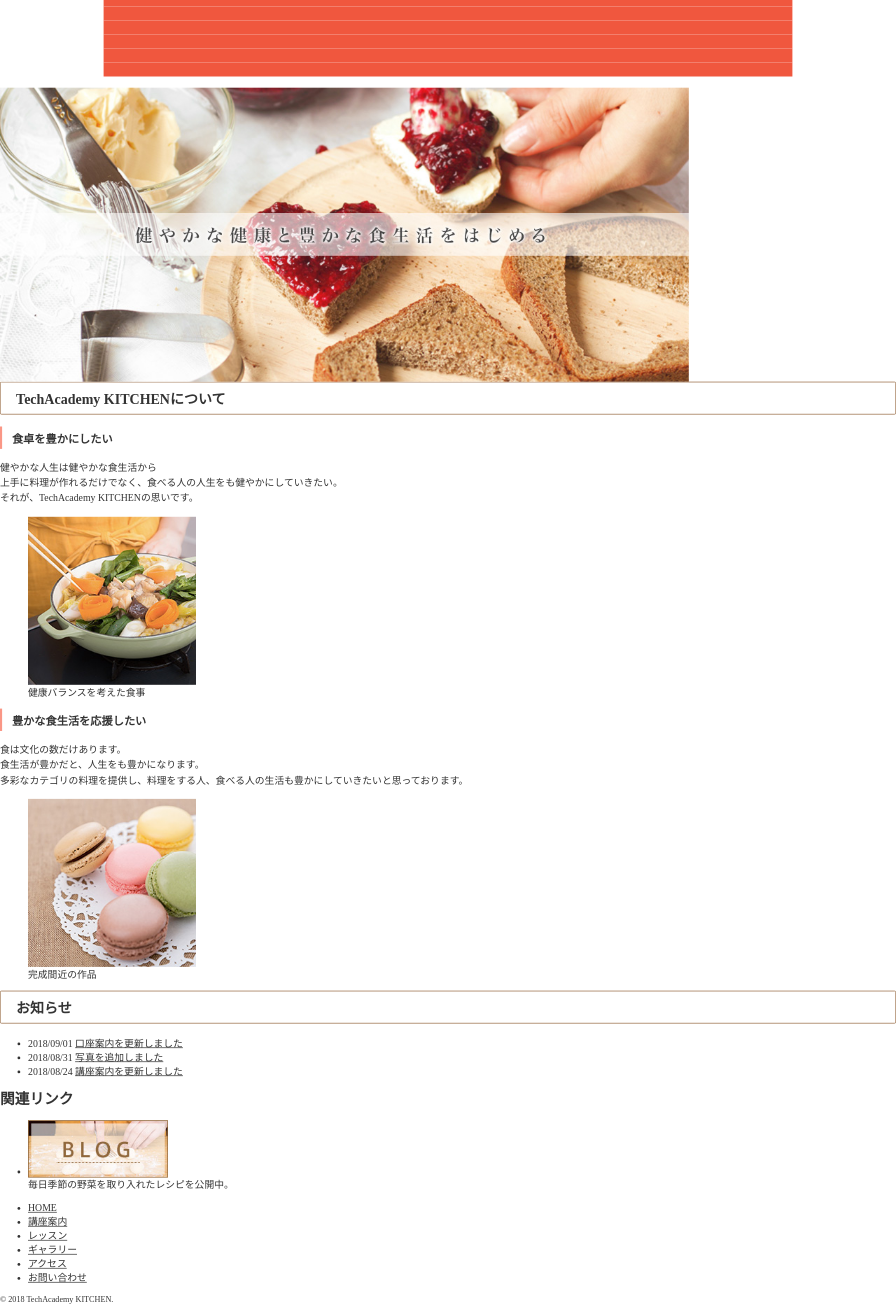
Repository: taekowithrowgit/frontend
Page: environment/html_css/kitchen.html
The author's editor kept a record of every edit. The page is drawn from the files as they stood at one moment, then again after the next edit.
The browser window is 1280 px wide. The pictures show the part of the page from y = 325 to 2190 px (the page is 2190 px tall before and 2110 px after), at 70% of full size.
A picture or video elsewhere on the page could not be fetched, so the positions and the page height are approximate.

Above is the page before.

### environment/html_css/kitchen.html
<!DOCTYPE html>
<html lang ="ja">
    <head>
        <meta charset ="UTF-8">
        <title>TechAcademy KITCHEN</title>
        <link rel="stylesheet" href="kitchen.css">
    </head>
    <body>

        <!----ここからヘッダー-->
        <header>
         <h1><a href="kitchen.html"><img src="images_kitchen/logo.png" alt="TechAcademy KITCHEN"></a></h1>
         <nav id ="global_navi">
             <ul>
                 <li class ="current"><a href="kitchen.html">HOME</a></li>
                 <li><a href="course.html">講座案内</a></li>
                 <li><a href="lesson.html">レッスン</a></li>
                 <li><a href=#gallery.html>ギャラリー</a></li>
                 <li><a href="access.html">アクセス</a></li>
                 <li><a href="contact.html">男</a></li>
             </ul>
         </nav>
        </header>
        <!----ここまでヘッダー-->
        <!----ここからメインビジュアル-->
        <div id="main_visual">
            <img src="images_kitchen/main_visual.jpg" alt="健やかな健康と豊かな食生活をはじめる">
        </div>
        <!----メインビジュアル画像ここまで-->
        <!----wrapper-->
        <div id="wrapper">
            <!----ここからメイン-->
            <div id= "main">
                <section>
                    <h2>TechAcademy KITCHENについて</h2>
                    <section>
                        <h3>食卓を豊かにしたい</h3>
                        <div class="point">
                            <p>
                                健やかな人生は健やかな食生活から<br>
                                上手に料理が作れるだけでなく、食べる人の人生をも健やかにしていきたい。<br>
                                それが、TechAcademy KITCHENの思いです。<br>
                            </p>
                            <figure>
                                <img src="images_kitchen/photo01.jpg" alt="TechAcademy KITCHENについて1">
                                <figcaption>健康バランスを考えた食事</figcaption>
                            </figure>
                        </section>
                    <section>
                        <h3>豊かな食生活を応援したい</h3>
                        <div class="point">
                            <p>
                                食は文化の数だけあります。<br>
                                食生活が豊かだと、人生をも豊かになります。 <br>
                                多彩なカテゴリの料理を提供し、料理をする人、食べる人の生活も豊かにしていきたいと思っております。
                            </p>
                            <figure>
                                <img src="images_kitchen/photo02.jpg" alt="TechAcademy KITCHENについて2">
                                <figcaption>完成間近の作品</figcaption>
                            </figure>
                        </div>
                    </section>
                    <section id="news">
                        <h2>お知らせ</h2>
                        <ul>
                            <li>
                                <span>2018/09/01</span>
                                <a href="couse.html">口座案内を更新しました</a>
                            </li>
                            <li>
                                <span>2018/08/31</span>
                                <a href="gallery.html">写真を追加しました</a>
                            </li>
                            <li>
                                <span>2018/08/24</span>
                                <a href="course.html">講座案内を更新しました</a>
                            </li>
                        </ul>
                    </section>
            </div>
            <!----ここまでメイン-->
            <!----ここからサイド-->
            <aside id ="sidebar">
                <section id="side_banner">
                    <h2>関連リンク</h2>
                    <ul>
                        <li>
                            <a href="https://techacademy.jp/magazine/" target="_blank"><img src="images_kitchen/banner01.jpg" alt="ブログ"></a>
                            <p>毎日季節の野菜を取り入れたレシピを公開中。</p>
                        </li>
                    </ul>
                </section>
            </aside>
            <!----サイドここまで-->


        </div>

        <!----wrapperここまで-->
        <!----フッター-->
        <footer>
            <div id="fotter_navi">
                <ul>
                    <li><a href="hitchen.html">HOME</a></li>
                    <li><a href="course.html">講座案内</a></li>
                    <li><a href="lesson.html">レッスン</a></li>
                    <li><a href="gallery.html">ギャラリー</a></li>
                    <li><a href="access.html">アクセス</a></li>
                    <li><a href="contact.html">お問い合わせ</a></li>
                </ul>
            </div>
            <small>&copy; 2018 TechAcademy KITCHEN.</small>
        </footer>
        <!----フッターここまで-->
    </body>

</html>

### environment/html_css/lesson2/kitchen.css
@charset "UTF-8";

body {
    margin: 0;
    padding: 0;
    color: #333;
    font-size: 14px;
}

a {
    color: #333;
}

a:visited {
    color: #333;
}

a:hover {
    color: #333;
    font-weight: 700;
    text-decoration: none;
}

h1,h2,h3,h4,h5,h6 {
    margin-top: 0;
}

p {
    margin-top: 0;
    line-height: 1.6;
}

img {
    vertical-align: bottom;
}

#main h2{
    background: #fff;
    font-size: 20px;
    padding: 8px 22px;
    border-radius: 2px;
    border: 1px solid #956840;
}

#main h3 {
    font-size: 16px;
    border-left: solid 3px #fa9786;
    padding: 4px 9px 4px 14px;
}

header{
    width: 984px;
    margin: 0 auto;
}

header h1 {
    margin: 5px 0 10px;
}

#global_navi {
    margin-bottom: 16px;
}

#global_navi ul {
    font-size: 0;  /* 半角スペース削除 */
    list-style: none;
    margin: 0;
    padding: 0;
}

#global_navi ul li a {
    display: block;
    padding: 10px 16px;
    background-color: #f0573e;
    color: #fff;
    text-decoration: none;
    transition: background-color .2s linear;
}

After the next edit:
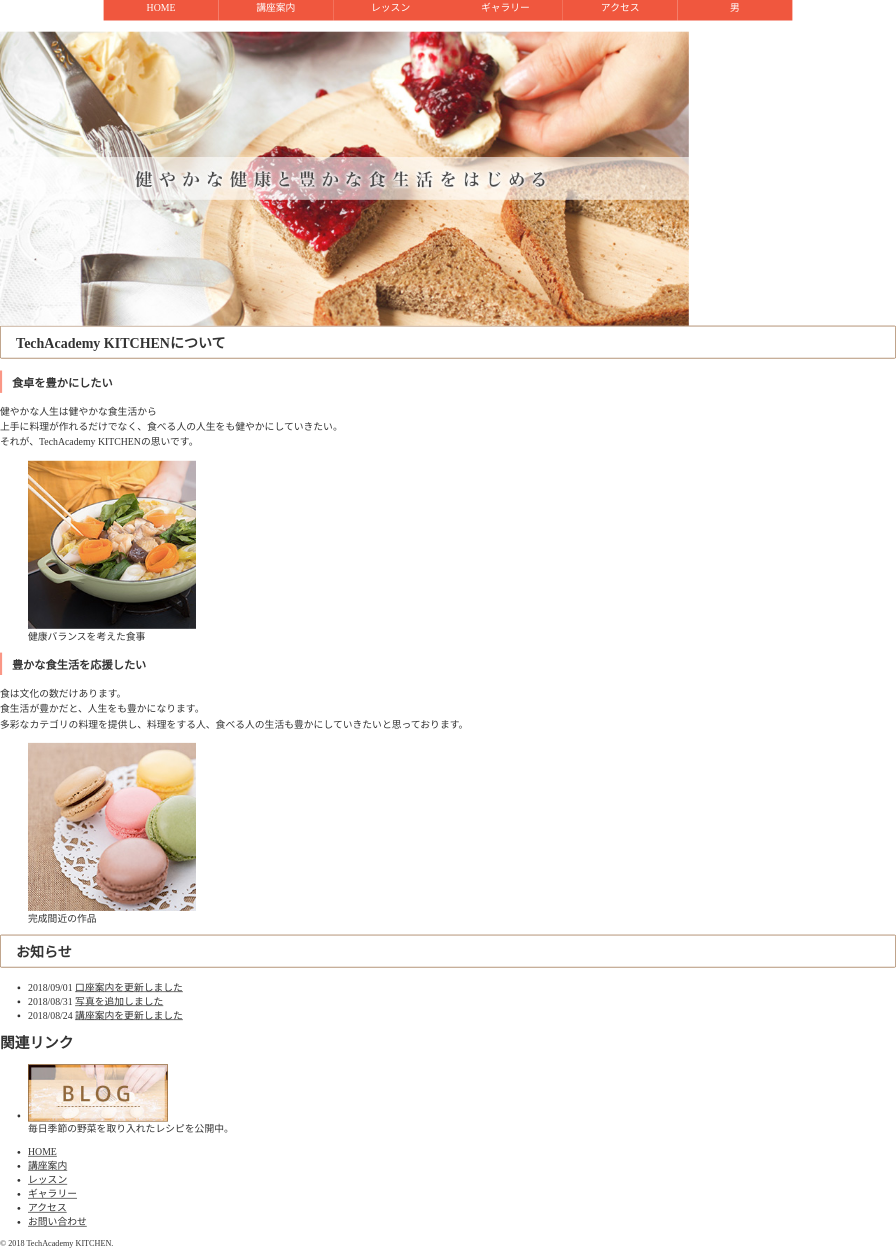
The edit:
--- a/environment/html_css/lesson2/kitchen.css
+++ b/environment/html_css/lesson2/kitchen.css
@@ -68,7 +68,15 @@
     padding: 0;
 }
 
+#global_navi ul li {
+    font-size: 14px;  /* フォントサイズ復活 */
+    display: inline-block;
+    width: 164px;
+    text-align: center;
+}
+
 #global_navi ul li a {
+    font-size: 14px;  /* 半角スペース復活 */
     display: block;
     padding: 10px 16px;
     background-color: #f0573e;
